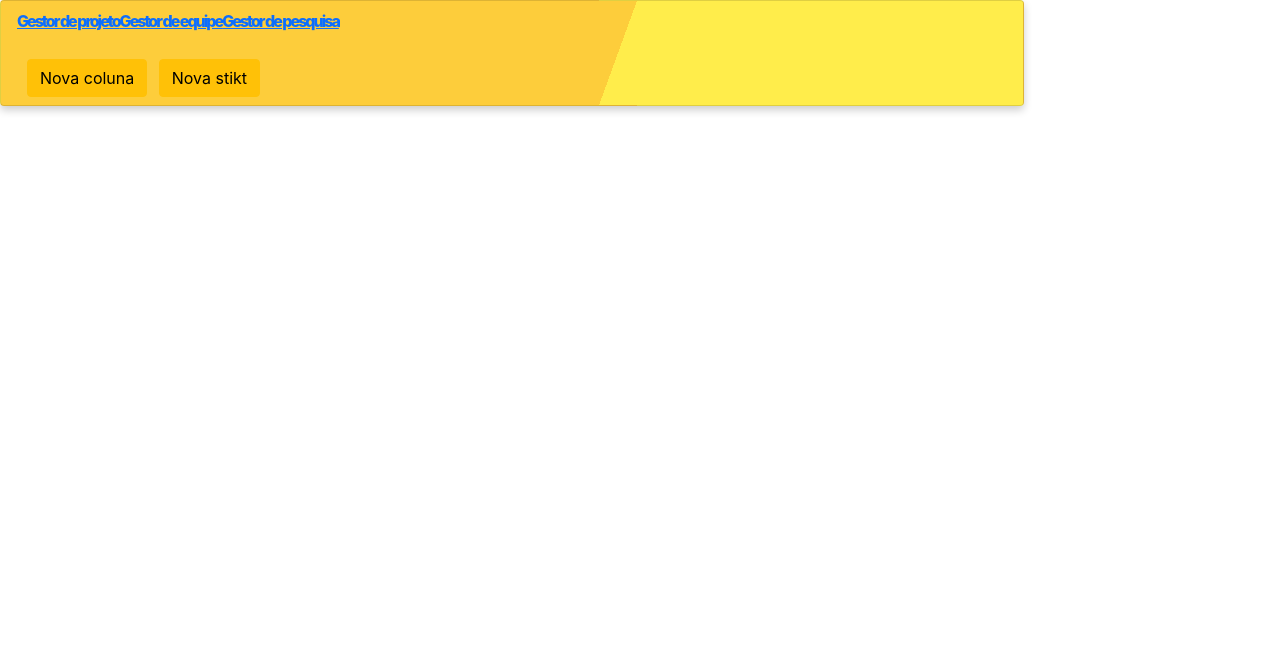
Repository: shadowruge/kanban
Page: index.html
An editor plug-in stored every save of this project. The page is shown before and after a run of saves, followed by the edit.
The browser window is 1280 px wide. The pictures show the whole page.

Above is the page before, as saved 2021-06-12 19:59:31.

### index.html
<!DOCTYPE html>
<html lang="en">
  <head>
    <meta charset="UTF-8" />
    <meta http-equiv="X-UA-Compatible" content="IE=edge" />
    <meta name="viewport" content="width=device-width, initial-scale=1.0" />
    <script src="https://cdn.jsdelivr.net/npm/@popperjs/core@2.9.2/dist/umd/popper.min.js" integrity="sha384-IQsoLXl5PILFhosVNubq5LC7Qb9DXgDA9i+tQ8Zj3iwWAwPtgFTxbJ8NT4GN1R8p" crossorigin="anonymous"></script>
<script src="https://cdn.jsdelivr.net/npm/bootstrap@5.0.1/dist/js/bootstrap.min.js" integrity="sha384-Atwg2Pkwv9vp0ygtn1JAojH0nYbwNJLPhwyoVbhoPwBhjQPR5VtM2+xf0Uwh9KtT" crossorigin="anonymous"></script>

    <script src="https://cdn.jsdelivr.net/npm/bootstrap@5.0.1/dist/js/bootstrap.bundle.min.js" integrity="sha384-gtEjrD/SeCtmISkJkNUaaKMoLD0//ElJ19smozuHV6z3Iehds+3Ulb9Bn9Plx0x4" crossorigin="anonymous"></script>
    <link href="https://cdn.jsdelivr.net/npm/bootstrap@5.0.1/dist/css/bootstrap.min.css" rel="stylesheet" integrity="sha384-+0n0xVW2eSR5OomGNYDnhzAbDsOXxcvSN1TPprVMTNDbiYZCxYbOOl7+AMvyTG2x" crossorigin="anonymous">
    <link rel="stylesheet" href="style.css" />
    <script src="index.js"></script>
    <title id="Description">Shadow Kanban</title>
  </head>
  <body>
    <div class="card-holder">
  <div class="card bg-gold">
    <nav class="nav">
      <p><a href="#">Gestor de projeto</a></p>
      <p><a href="#">Gestor de equipe</a></p>
      <p><a href="#">Gestor de pesquisa</a></p>
    </nav>
    <!--botão-->

  <button type="button" class="btn btn-warning">Nova coluna</button>

  <button type="button" class="btn btn-warning">Nova stikt</button>
  <div class="Linha" style="width:600px;">
    <!-- RECEBE DIVS DINAMICAS -->
    </div>
  </div>

  </div>
  </body>
  <script>

  </script>
</html>

### style.css
* {
  margin: 0;
  padding: 0;
  border: 0;
}

header{
  background-color:white;
}

.body {
  font-size: 15px;
}


.card {
  font-family: -apple-system, BlinkMacSystemFont, 'Open Sans', sans-serif;
  font-size: -2em;
  font-weight: 800;
  height: 4em;
  width: 64em;
  padding: 0.5em 1em;
  border-radius: 0.25em;
  display: table-cell;
  vertical-align: middle;
  letter-spacing: -2px;
  box-shadow: 0 4px 8px 0 rgba(0,0,0,0.2);
}

.bg-gold {
  background: -webkit-linear-gradient(110deg, #fdcd3b 60%, #ffed4b 60%);
  background: -o-linear-gradient(110deg, #fdcd3b 60%, #ffed4b 60%);
  background: -moz-linear-gradient(110deg, #fdcd3b 60%, #ffed4b 60%);
  background: linear-gradient(110deg, #fdcd3b 60%, #ffed4b 60%);
}



  button {
  margin-top: 10px;
  margin-left: 10px;
  }

### index.js
function dragStartHandler(ev) {
  ev.dataTransfer.setData("application/my-app", ev.target.id);
  ev.dataTransfer.effectAllowed = "move";
}

function dragCardStart(e) {
  console.log(e);
}

function dragOvertHandler(ev) {
  ev.preventDefault();
  ev.dataTransfer.dropEffect = "move";
}

function dropHandler(ev) {
  ev.preventDefault();
  const data = ev.dataTransfer.getData("application/my-app");
  ev.target.appendChild(document.getElementById(data));
}

function handleInputKeys({ key }) {
  switch (key) {
    case "Enter":
      break;

    default:
      break;
  }
}

const onInputClick = (e) => {
  e.preventDefault();
  e.stopPropagation();
  e.target.disabled = false;
  e.target.focus();
};

const onInputLostFocus = (e) => {
  console.log(e);
  e.target.disabled = true;
};

function addNewCard(e) {
  //   console.log(e);
  //   console.log(column);
  //   console.log(body);
  //   console.log(body.children);
  //   console.log(body.children[0].getAttributeNames());
  const [, , , column] = e.path;
  const [, body] = column.children;
  const addButton = body.children[body.children.length - 1];
  const card = document.createElement("div");
  const input = document.createElement("textarea");
  input.cols = 30;
  input.rows = 10;
  input.disabled = true;
  card.appendChild(input);
  card.classList.add("card");
  card.draggable = "true";
  card.addEventListener("click", onInputClick);
  card.addEventListener("focusout", onInputLostFocus);
  card.addEventListener("dragstart", dragCardStart);
  body.removeChild(addButton);
  body.appendChild(card);
  body.appendChild(addButton);
}

After the next 3 saves:
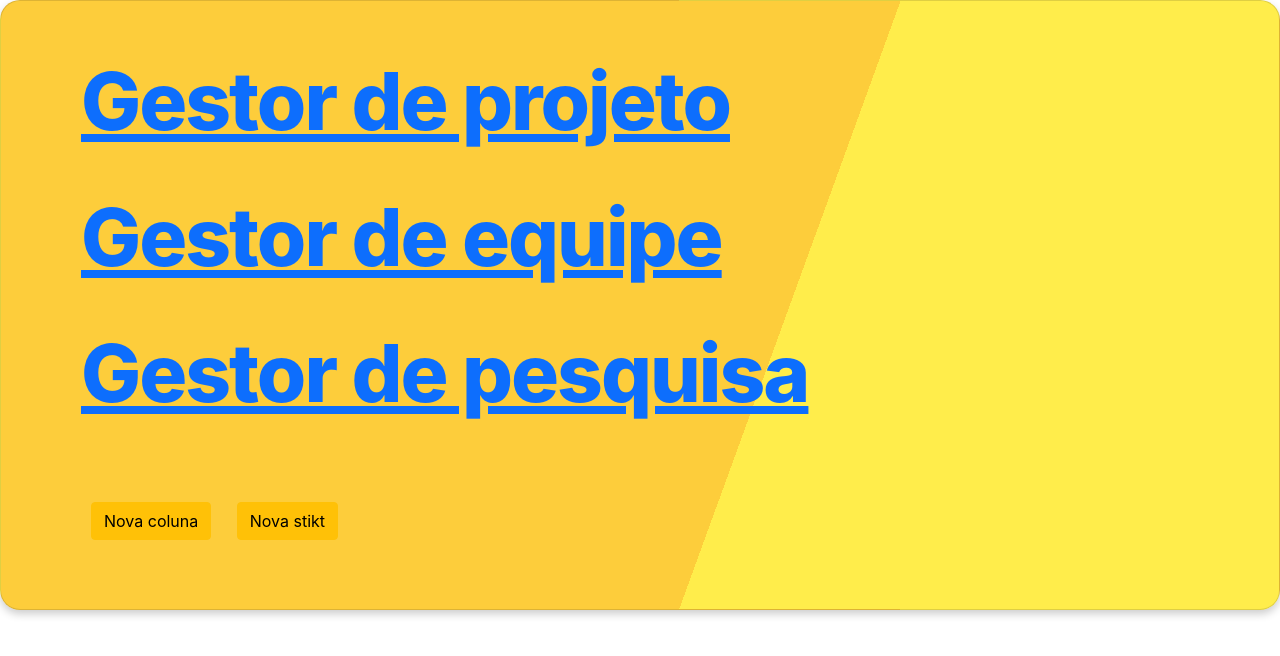
The 3 saves are shown as one change because they came seconds apart.
The last was saved 11 s later.
--- a/style.css
+++ b/style.css
@@ -15,7 +15,7 @@ header{
 
 .card {
   font-family: -apple-system, BlinkMacSystemFont, 'Open Sans', sans-serif;
-  font-size: -2em;
+  font-size: 5em;
   font-weight: 800;
   height: 4em;
   width: 64em;
